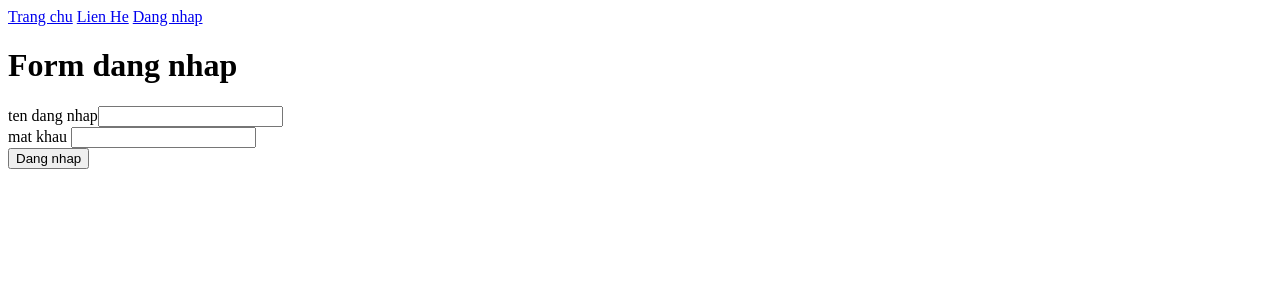
Repository: iamwind-dev/PHP
Page: http://localhost/tuan2/bai1/dangnhap.php
An editor plug-in stored every save of this project. The page is shown before and after the next save, followed by the edit.
The browser window is 1280 px wide. The pictures show the whole page.
The page is run by PHP 8.4 with error messages shown; the project is at /var/www/html/.

Above is the page before, as saved 2023-09-15 15:53:21.

After the next save:
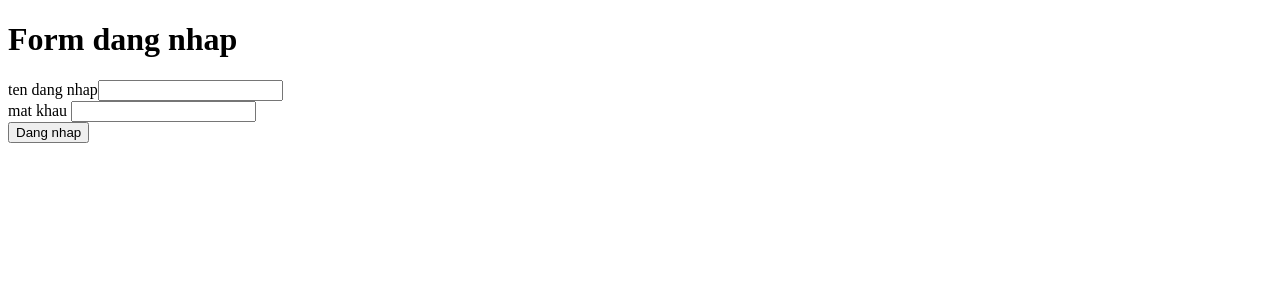
Saved 27 s later.
--- a/tuan2/bai1/dangnhap.php
+++ b/tuan2/bai1/dangnhap.php
@@ -8,9 +8,7 @@
 </head>
 
 <body>
-    <?php
-    include("header.php");
-    ?>
+
     <h1>Form dang nhap</h1>
     <form action="xulydangnhap.php" method="GET">
         ten dang nhap<input type="text" name="username"><br>
